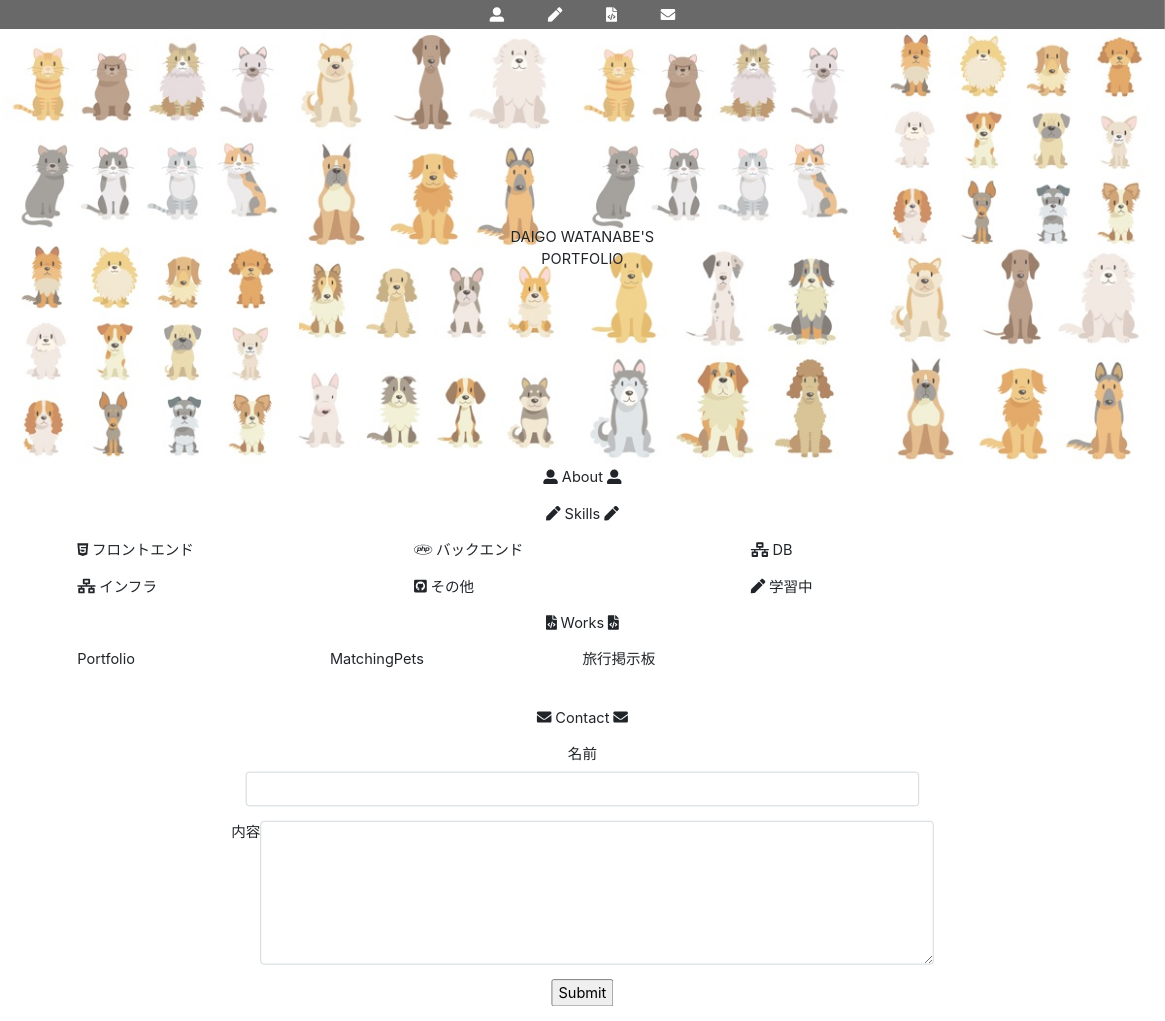
Repository: watanabedaigo/Portfolio
Page: index.html
The author's editor kept a record of every edit. The page is drawn from the files as they stood at one moment, then again after the next edit.
The browser window is 1280 px wide. The pictures show the whole page, at 91% of full size.
Some web libraries are served in a nearby version.

Above is the page before.

### index.html
<!DOCTYPE html>
<html lang="ja">
    <head>
        <meta charset="utf-8">
        <meta name="viewport" content="width=device-width, initial-scale=1, shrink-to-fit=no">
        <link rel="stylesheet"  href="css/main.css">
        <link rel="stylesheet" href="https://stackpath.bootstrapcdn.com/bootstrap/4.3.1/css/bootstrap.min.css">
        <link href="https://use.fontawesome.com/releases/v5.6.1/css/all.css" rel="stylesheet">
        <title>DAIGO WATANABE'S PORTFOLIO</title>
    </head>
    <body>
        <!--ヘッダー-->
        <header>
            <div class="d-flex justify-content-center align-items-center" style="background-color:dimgray; height:2rem;">
                <!--自己紹介アイコン-->
                <span class="mr-4"><i class="fas fa-user-alt" style="color:white;"></i></span>
                <!--技術アイコン-->
                <span class="mr-4 ml-4"><i class="fas fa-pen" style="color:white;"></i></span>
                <!--作成物アイコン-->
                <span class="mr-4 ml-4"><i class="fas fa-file-code" style="color:white;"></i></span>
                <!--お問い合わせアイコン-->
                <span class="ml-4"><i class="fas fa-envelope" style="color:white;"></i></span>
            </div>
        </header>

        <!--トップ写真-->
        <div style="position:relative;">
            <!--写真-->
            <img src="img/top-img.jpg" class="w-100"></img>
            <!--タイトル-->
            <p class="d-inline-block text-center m-auto"  style="position:absolute; top: 50%; left: 50%; transform: translateY(-50%) translateX(-50%); -webkit-transform: translateY(-50%) translateX(-50%);">DAIGO WATANABE'S<br>PORTFOLIO</p>
        </div>

        <!--コンテンツ-->
        <div class="container mx-auto">
            <!--自己紹介-->
            <div>
                <p class="text-center"><i class="fas fa-user-alt mr-1"></i>About<i class="fas fa-user-alt ml-1"></i></p>
                <div>
                    <!--写真と一言-->
                    <div>
                    </div>
                    <!--自己紹介文-->
                    <div>
                    </div>
                </div>
            </div>

            <!--技術-->
            <div>
                <p class="text-center"><i class="fas fa-pen mr-1"></i>Skills<i class="fas fa-pen ml-1"></i></p>
                <div class="row no-gutters">
                    <!--フロントエンド-->
                    <div class="col-md-4 col-12">
                        <p><i class="fab fa-html5 mr-1"></i>フロントエンド</p>
                        <!--詳細-->
                        <div>
                        </div>
                    </div>
                    <!--バックエンド-->
                    <div class="col-md-4 col-12">
                        <p><i class="fab fa-php mr-1"></i>バックエンド</p>
                        <!--詳細-->
                        <div>
                        </div>
                    </div>
                    <!--DB-->
                    <div class="col-md-4 col-12">
                        <p><i class="fas fa-network-wired mr-1"></i>DB</p>
                        <!--詳細-->
                        <div>
                        </div>
                    </div>
                    <!--インフラ-->
                    <div class="col-md-4 col-12">
                        <p><i class="fas fa-network-wired mr-1"></i>インフラ</p>
                        <!--詳細-->
                        <div>
                        </div>
                    </div>
                    <!--その他-->
                    <div class="col-md-4 col-12">
                        <p><i class="fab fa-github-square mr-1"></i>その他</p>
                        <!--詳細-->
                        <div>
                        </div>
                    </div>
                    <!--今後学習したいもの-->
                    <div class="col-md-4 col-12">
                        <p><i class="fas fa-pen mr-1 mr-1"></i>学習中</p>
                        <!--詳細-->
                        <div>
                        </div>
                    </div>
                </div>
            </div>

            <!--作成物-->
            <div>
                <p class="text-center"><i class="fas fa-file-code mr-1"></i>Works<i class="fas fa-file-code ml-1"></i></p>
                <div class="row no-gutters">
                    <!--ポートフォリオ-->
                    <div class="col-md-3 col-6">
                        <p>Portfolio</p>
                        <img src=""></img>
                        <!--詳細-->
                        <div>
                        </div>
                    </div>
                    <!--MatchingPets-->
                    <div class="col-md-3 col-6">
                        <p>MatchingPets</p>
                        <img src=""></img>
                        <!--詳細-->
                        <div>
                        </div>
                    </div>
                    <!--TravelMemories-->
                    <div class="col-md-3 col-6">
                        <p>旅行掲示板</p>
                        <img src=""></img>
                        <!--詳細-->
                        <div>
                        </div>
                    </div>
                </div>
            </div>

            <!--お問い合わせ-->
            <div class="text-center">
                <p><i class="fas fa-envelope mr-1"></i>Contact<i class="fas fa-envelope ml-1"></i></p>
                <div>
                    <!--フォーム-->
                    <form>
                        <!--氏名-->
                        <div class="form-group">
                            <label for="name">名前</label>
                            <input type="text" name="name" id="name" class="form-control col-md-8 col-12 mx-auto">
                        </div>
                        <!--問い合わせ内容-->
                        <div class="form-group row no-gutters justify-content-center">
                            <label for="content">内容</label>
                            <textarea name="content" id="content" rows="6" class="form-control d-inline-block col-md-8 col-12"></textarea>
                        </div>
                        <!--送信ボタン-->
                        <input type="submit" value="Submit"/>
                    </form>
                </div>
            </div>
        </div>

        <!--フッター-->
        <div>
            <!--copyright-->
            <p></p>
        </div>

        <script src="https://code.jquery.com/jquery-3.4.1.min.js"></script>
        <script src="js/main.js"></script>
        <script src="https://stackpath.bootstrapcdn.com/bootstrap/4.2.1/js/bootstrap.min.js"></script>
        <script src="https://use.fontawesome.com/releases/v5.7.2/js/all.js"></script>
    </body>
</html>

### css/main.css
.header {
    background-color:dimgray;
    height:2rem;
    color:white;
}

.footer {
    background-color:dimgray;
    height:2rem;
    color:white;
}

.title {
    position:absolute;
    top:50%;
    left:50%;
    transform:translateY(-50%) translateX(-50%);
    -webkit-transform:translateY(-50%) translateX(-50%);
}

Loaded but not shown: js/main.js (no copy from this time; the picture is the same without it)

After the next edit:
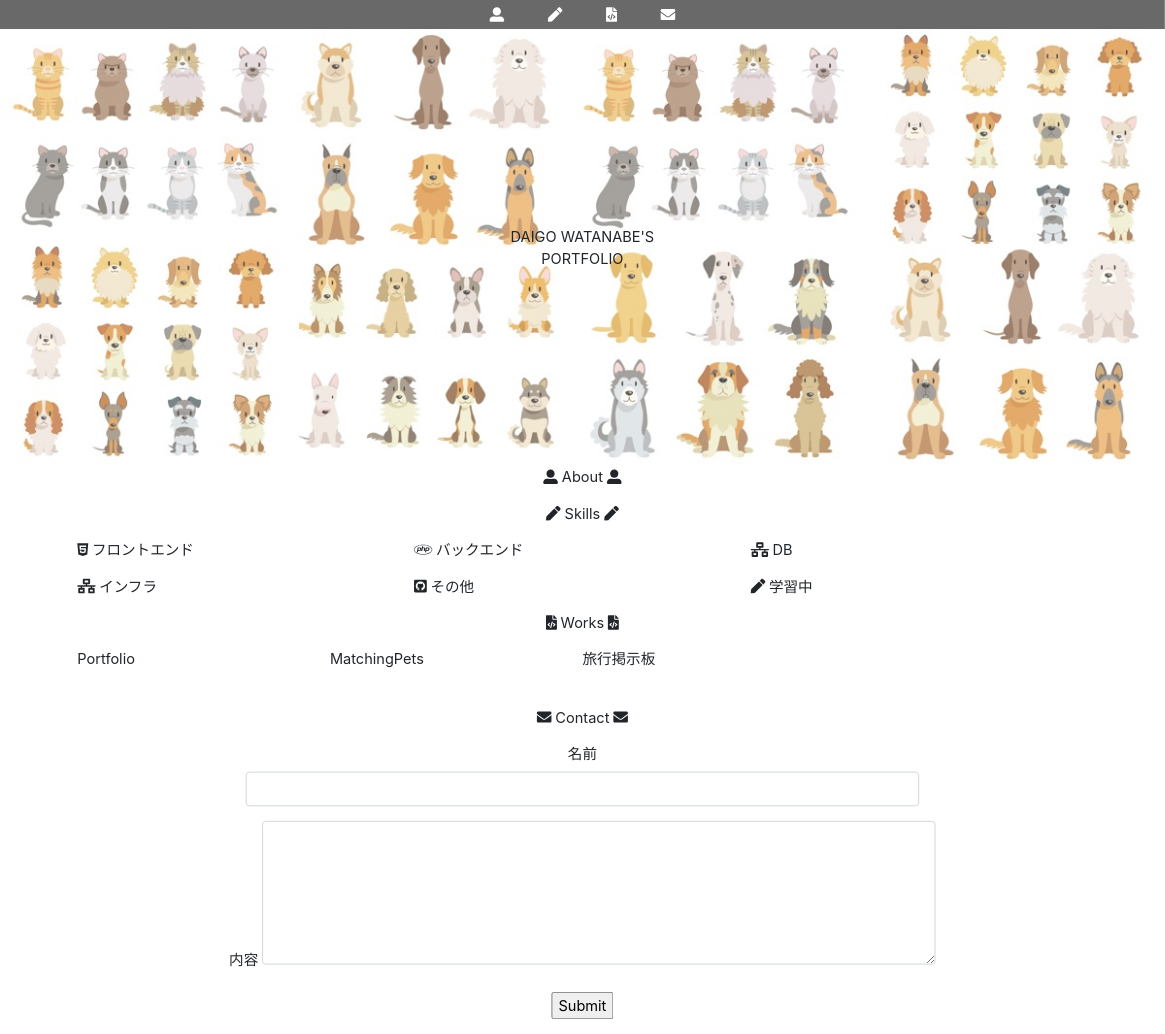
The edit:
--- a/index.html
+++ b/index.html
@@ -138,7 +138,7 @@
                             <input type="text" name="name" id="name" class="form-control col-md-8 col-12 mx-auto">
                         </div>
                         <!--問い合わせ内容-->
-                        <div class="form-group row no-gutters justify-content-center">
+                        <div class="form-group">
                             <label for="content">内容</label>
                             <textarea name="content" id="content" rows="6" class="form-control d-inline-block col-md-8 col-12"></textarea>
                         </div>
